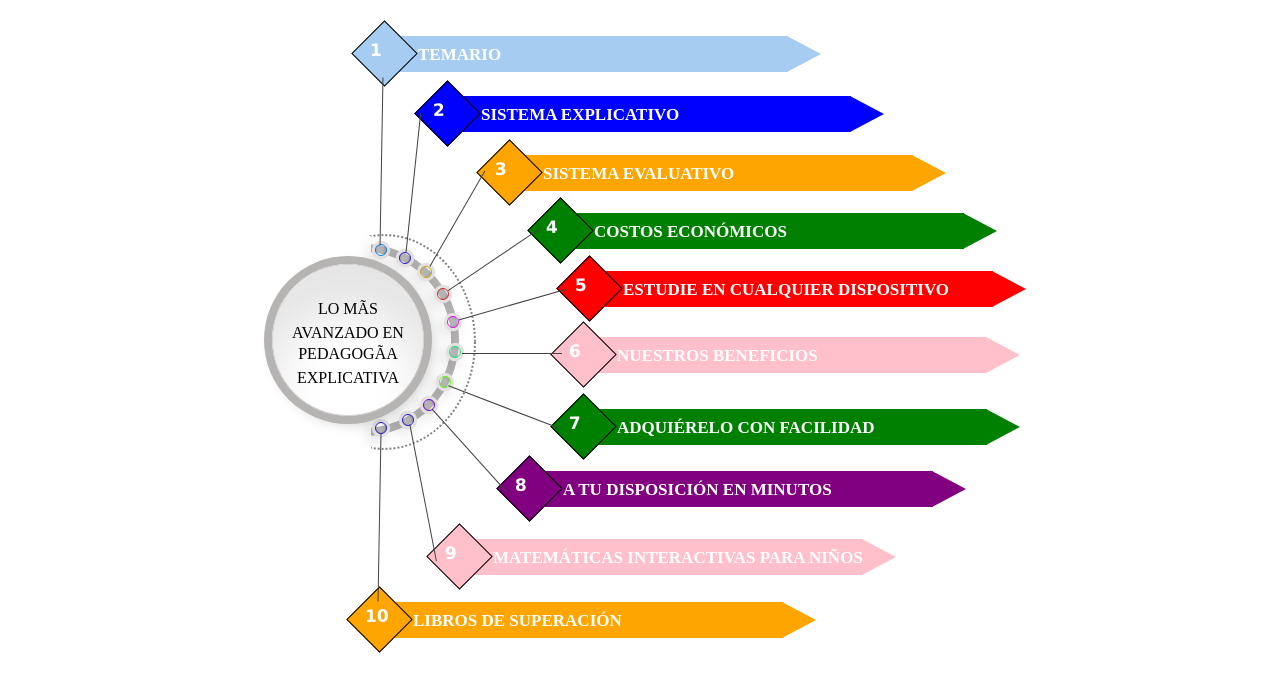
Repository: jennymoreno94/Menu
Page: index.html
The author's editor kept a copy of each file at every save. The page is drawn from the files as they stood at one save, then again after the next save.
The browser window is 1280 px wide. The pictures show the whole page.

Above is the page before, as saved 2021-08-01 23:44:04.

### index.html
<!DOCTYPE html>
<html lang=”en”>

<head>
  <link rel="stylesheet" href="estilo.css">
  <meta charset=”UTF-8″ />
  <title>Menu</title>
</head>
<body>
  <container>
    <div class="circulo-completo">
      <div class="circle-menu">
        <p>LO MÁS AVANZADO EN PEDAGOGÍA EXPLICATIVA</p>
      </div>
      <div id="circulo" class="circle-menus derecha"></div>
    </div>
    <div class="circle-punto derecha"> </div>
  </container>
</body>
<script type="text/javascript" src="menu.js"></script>

</html>

### estilo.css


.circulo-completo {
    margin: 250px;
}

.circle-menu {
    position: relative;
    width: 150px;
    height: 150px;
    border: 1px solid rgb(211, 208, 208);
    border-radius: 50%;
    box-shadow: inset 0 3em 3em rgba(0, 0, 0, 0.1), 0 0 0 0.5rem rgb(182, 179, 179), 0.3em 0.3em 1em rgba(0, 0, 0, 0.3);
    float: left;
    z-index: 7;
    margin: 14px;
}

p {
    padding: 1rem;
    text-align: center;
}

.circle-menus {
    position: relative;
    background-color: gray;
    width: 180px;
    height: 180px;
    border-radius: 50% 50%;
    margin-left: -165px;
    float: left;
    z-index: 6;
}

.circle-menus::before {
    position: absolute;
    content: "";
    top: 1%;
    left: 1%;
    background-color: #fff;
    height: 98%;
    width: 98%;
    border-radius: 50% 50%;
    box-shadow: inset 0 3em 3em rgb(255, 255, 255), 0 0 0 0.5rem rgb(182, 179, 179), 0.3em 0.3em 1em rgb(255, 255, 255);
}

.circle-menus::after {
    position: absolute;
    content: "";
    height: 50%;
    background-color: rgb(255, 255, 255);
    border: 1px solid #fff;
    top: 50%;
    left: 0;
    width: 100%;
    box-shadow: inset 0 3em 3em rgb(255, 255, 255), 0 0 0 0.5rem rgb(255, 255, 255), 0.3em 0.3em 1em rgb(255, 255, 255);
}

.circle-menus.derecha {
    transform: rotate(90deg);
}

.circulo-pequeno {
    position: relative;
    width: 10px;
    height: 10px;
    border-radius: 50%;
    box-shadow: inset 0 0.1rem 0.1rem rgba(0, 0, 0, 0.1), 0 0 0 0.2rem rgb(229, 224, 224), 0.3em 0.3em 1em rgba(0, 0, 0, 0.3);
    float: left;
    z-index: 5;
}

.num1 {
    border: 1px solid rgb(10 124 241);
    margin: 66px 0px 48px -6px;
}

.num::after {
    height: 1px;
    background-color: red;
}

.num2 {
    border: 1px solid rgb(32 20 212);
    margin: 42px 0px 0px -4px;
}

.num3 {
    border: 1px solid rgb(190 169 26);
    margin: 21px 0px 0px 2px;
}

.num4 {
    border: 1px solid rgb(200 41 41);
    margin: 4px 0px 0px 10px;
}

.num5 {
    border: 1px solid rgb(222 19 235);
    margin: -6px 0px 0px 16px;
}

.num6 {
    border: 1px solid rgb(18 235 115);
    margin: -8px 0px 0px 18px;
}

.num7 {
    border: 1px solid rgb(89 249 20);
    margin: 2px 0px 0px 18px;
}

.num8 {
    border: 1px solid rgb(100 3 225);
    margin: 18px 0px 0px 11px;
}

.num9 {
    border: 1px solid rgb(32 20 212);
    margin: 39px -1px 0px 3px;
}

.num10 {
    border: 1px solid rgb(32 20 212);
    margin: 66px -14px 0px -3px;
}

.circle-punto {
    position: relative;
    width: 212px;
    height: 180px;
    border-radius: 50% 50%;
    margin-left: -177px;
    border: 2px dotted gray;
    float: left;
    z-index: 4;
}

.circle-punto::before {
    position: absolute;
    content: "";
    top: 1%;
    left: 1%;
    background-color: #fff;
    height: 98%;
    width: 98%;
    border-radius: 50% 50%;
}

.circle-punto::after {
    position: absolute;
    content: "";
    height: 50%;
    background-color: rgb(255, 255, 255);
    border: 1px dotted #fff;
    top: 57%;
    left: 0;
    width: 100%;
}

.circle-punto.derecha {
    transform: rotate(90deg);
}

.boton-agrupado {
    position: relative;
    float: left;
    z-index: 3;
}

.button-href {
    position: relative;
    width: 400px;
    height: 36px;
    background: white;
    display: inline-block;
    color: black;
    text-decoration: none;
    z-index: -1;

}

.flecha {
    position: absolute;
    content: "";
    border-left: 34px solid white;
    border-top: 18px solid transparent;
    border-bottom: 18px solid transparent;
    margin-left: -1px;
}

.texto {
    margin-left: 30px;
    margin-top: 9px;
    font-size: 17px;
    color: white;

}

.btn1 {
    transform: translateY(-268px) translateX(-391px) rotate(630deg);
}

.btn2 {
    transform: translateY(-307px) translateX(-339px) rotate(630deg);
}

.btn3 {
    transform: translateY(-348px) translateX(-294px) rotate(630deg);
}

.btn4 {
    transform: translateY(-382px) translateX(-258px) rotate(630deg);
}

.btn5 {
    transform: translateY(-401px) translateX(-228px) rotate(630deg);
}

.btn6 {
    transform: translateY(-393px) translateX(-192px) rotate(630deg);
}

.btn7 {
    transform: translateY(-403px) translateX(-150px) rotate(630deg);
}

.btn8 {
    transform: translateY(-365px) translateX(-111px) rotate(630deg);
}

.btn9 {
    transform: translateY(-316px) translateX(-58px) rotate(630deg);
}

.btn10 {
    transform: translateY(-263px) translateX(-3px) rotate(630deg);
}


.linea {
    position: relative;
    width: 112px;
    height: 47px;
    border-bottom: 1px solid rgb(68, 66, 66);
    float: left;
    z-index: 4;
    transform: translateY(4px) translateX(-168px) rotate(181deg);
}

.punto {
    position: relative;
    width: 5px;
    height: 5px;
    border-radius: 50%;
    float: left;
    background: #000;
    border: 1px solid #000;
    z-index: 4;


}


.punto1{
    transform: translateY(4px) translateX(-168px) rotate(181deg);
}

.linea1 {
    transform: translateY(4px) translateX(-168px) rotate(181deg);
    width: 168px;
}


.linea2 {
    transform: translateY(-4px) translateX(-143px) rotate(186deg);
    width: 140px;
}

.linea3 {
    transform: translateY(-30px) translateX(-115px) rotate(210deg);
    width: 110px;
}

.linea4 {
    transform: translateY(-57px) translateX(-105px) rotate(236deg);
}

.linea5 {
    transform: translateY(-72px) translateX(-91px) rotate(254deg);
}

.linea6 {
    transform: translateY(-76px) translateX(-67px) rotate(270deg);
    width: 100px;
}

.linea7 {
    transform: translateY(-86px) translateX(-51px) rotate(291deg);
    width: 118px;
}

.linea8 {
    transform: translateY(-77px) translateX(-21px) rotate(318deg);
}

.linea9 {
    transform: translateY(-11px) translateX(12px) rotate(169deg);
    width: 140px;
}

.linea10 {
    transform: translateY(-41px) translateX(11px) rotate(361deg);
    width: 168px;
}

.text {
    border-radius: 4px;
    font-family: Verdana;
    color: white;
    position: relative;
    overflow: hidden;
    padding: 4px;
    top: 37%;
    transform: translateY(-111%) rotate( 314deg);
    font-size: 17px;
    text-transform: uppercase;
}

.rombo {
    position: absolute;
    content: "";
    width: 45px;
    height: 45px;
    background: white;
    -webkit-transform: rotate(45deg);
    -moz-transform: rotate(45deg);
    -ms-transform: rotate(45deg);
    -o-transform: rotate(45deg);
    transform: rotate(45deg);
    border: 1px solid;
    margin-left: -27px;
    margin-top: -6px;
    z-index: 1;
}

### menu.js
let circulo = document.getElementById("circulo");

function Menu() {
    for (i = 0; i < 10 ; i++ ) {
        let circuloPequeno = document.createElement("div")
        circuloPequeno.classList.add("circulo-pequeno")
        circuloPequeno.classList.add(`num${i+1}`)

        let linea = document.createElement("div")
        linea.classList.add("linea")
        linea.classList.add(`linea${i+1}`)

        let punto = document.createElement("div")
        punto.classList.add("punto")
        punto.classList.add(`punto${i+1}`)


        let boton = document.createElement("div")
        boton.classList.add("boton-agrupado")
        boton.classList.add(`btn${i+1}`)

        let color=cambiocolor(i+1)

        let spanRombo =document.createElement("span")
        spanRombo.classList.add("rombo")
        spanRombo.style.setProperty(`background`, color);

        let h3Rombo =document.createElement("h3")
        h3Rombo.classList.add("text")

        let link =document.createElement("a")
        link.classList.add("button-href")
        link.style.setProperty(`background`, color);

        let span =document.createElement("span")
        span.classList.add("flecha")
        span.style.setProperty(`border-left`,`34px solid ${color}`);

        let h3 =document.createElement("h3")
        h3.classList.add("texto")
        let textoFinal = texto(i+1)

        circulo.appendChild(circuloPequeno)
        circuloPequeno.appendChild(linea)
        circuloPequeno.appendChild(boton)
        boton.appendChild(spanRombo)
        boton.appendChild(link)
        boton.appendChild(span)
        link.appendChild(h3)
        spanRombo.appendChild(h3Rombo)
        h3.append(textoFinal);
        h3Rombo.append(i+1);
    }
}


function texto(num) {
    let texto = ''
    switch (num) {
        case 1: texto='TEMARIO'
        break;
        case 2: texto='SISTEMA EXPLICATIVO'
        break;
        case 3: texto='SISTEMA EVALUATIVO'
        break;
        case 4: texto='COSTOS ECONÓMICOS'
        break;
        case 5: texto='ESTUDIE EN CUALQUIER DISPOSITIVO'
        break;
        case 6: texto='NUESTROS BENEFICIOS'
        break;
        case 7: texto='ADQUIÉRELO CON FACILIDAD'
        break;
        case 8: texto='A TU DISPOSICIÓN EN MINUTOS'
        break;
        case 9: texto='MATEMÁTICAS INTERACTIVAS PARA NIÑOS'
        break;
        case 10: texto='LIBROS DE SUPERACIÓN'
        break;
    }
    return texto
}

function cambiocolor(num) {
    let color = ''
    switch (num) {
        case 1: color='rgb(166, 205, 241)'
        break;
        case 2: color='blue'
        break;
        case 3: color='orange'
        break;
        case 4: color='green'
        break;
        case 5: color='red'
        break;
        case 6: color='pink'
        break;
        case 7: color='green'
        break;
        case 8: color='purple'
        break;
        case 9: color='pink'
        break;
        case 10: color='orange'
        break;
    }
    return color
}




document.onload = Menu()

After the next save:
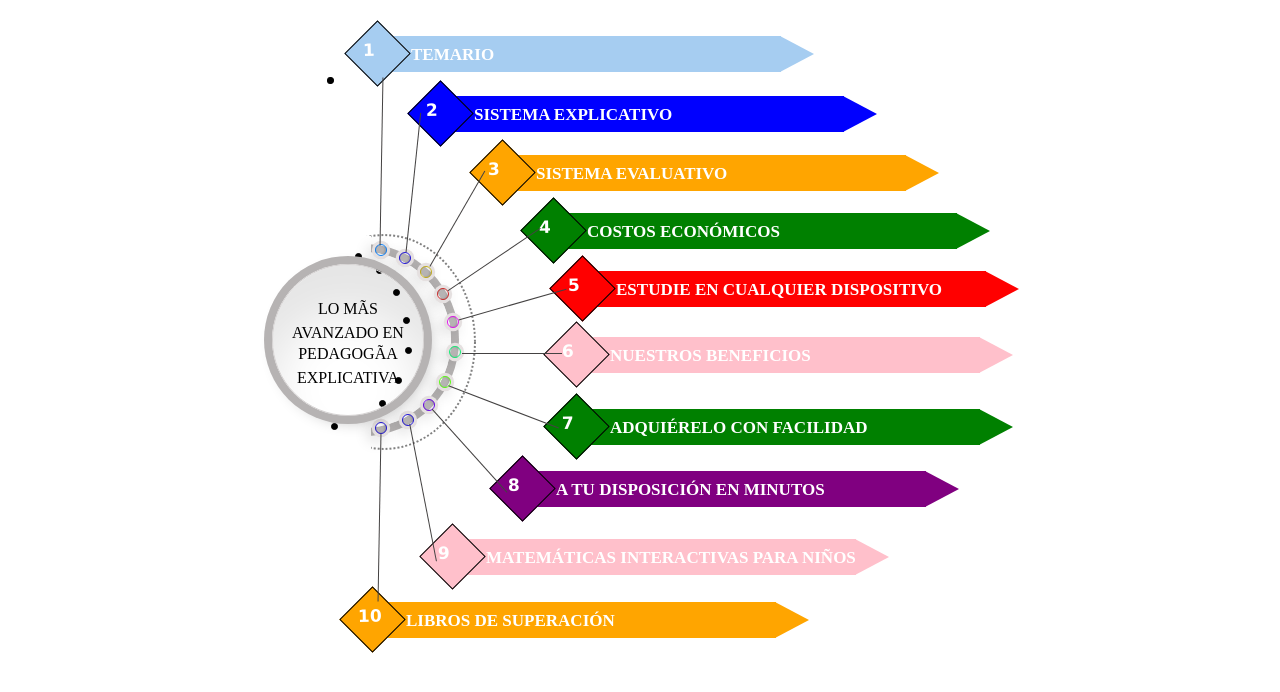
Saved 22 s later.
--- a/menu.js
+++ b/menu.js
@@ -42,6 +42,7 @@
 
         circulo.appendChild(circuloPequeno)
         circuloPequeno.appendChild(linea)
+        circuloPequeno.appendChild(punto)
         circuloPequeno.appendChild(boton)
         boton.appendChild(spanRombo)
         boton.appendChild(link)
